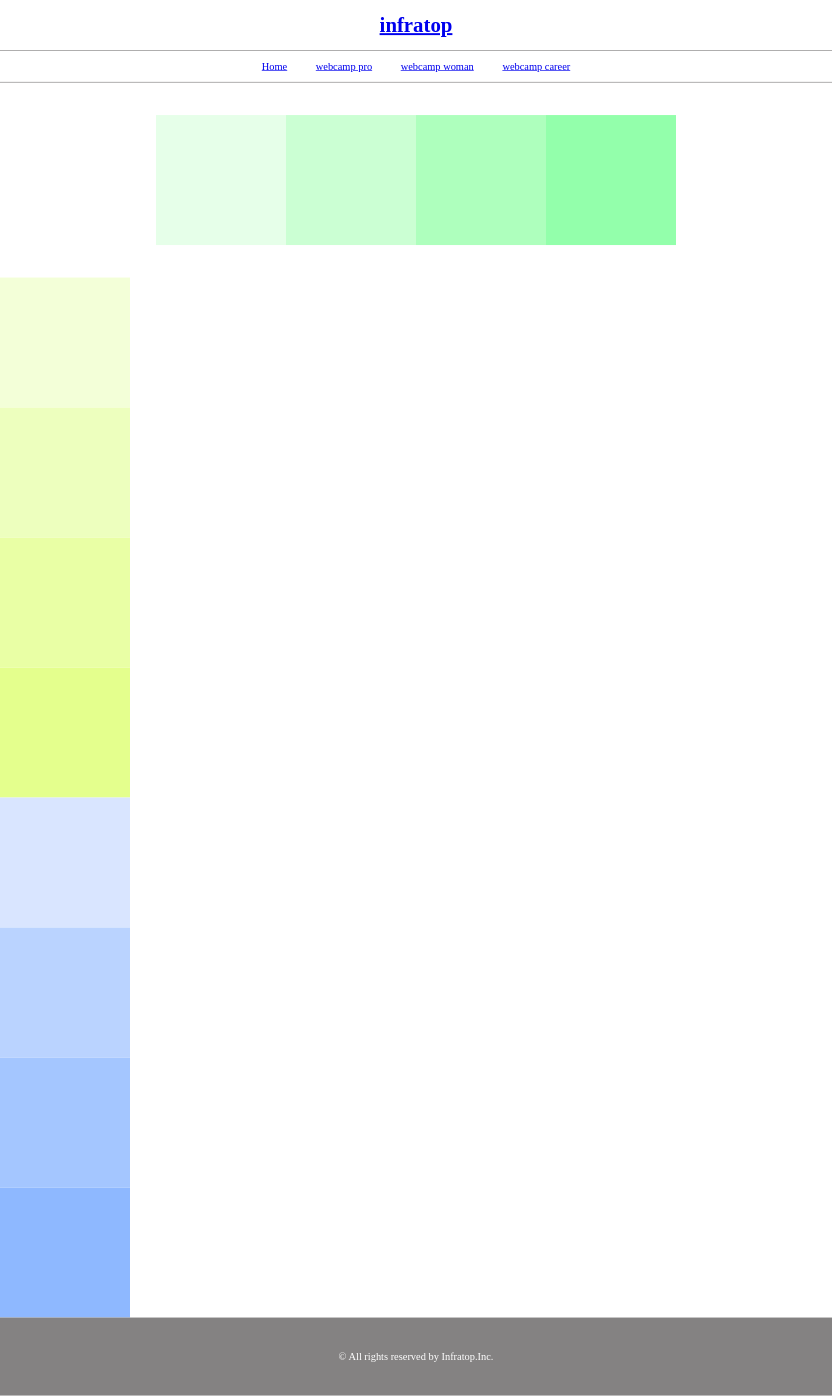
Repository: yuu3176/theme1
Page: 1-5/1-5.html
The author's editor kept a record of every edit. The page is drawn from the files as they stood at one moment, then again after the next edit.
The browser window is 1280 px wide. The pictures show the whole page, at 65% of full size.

Above is the page before.

After the next edit:
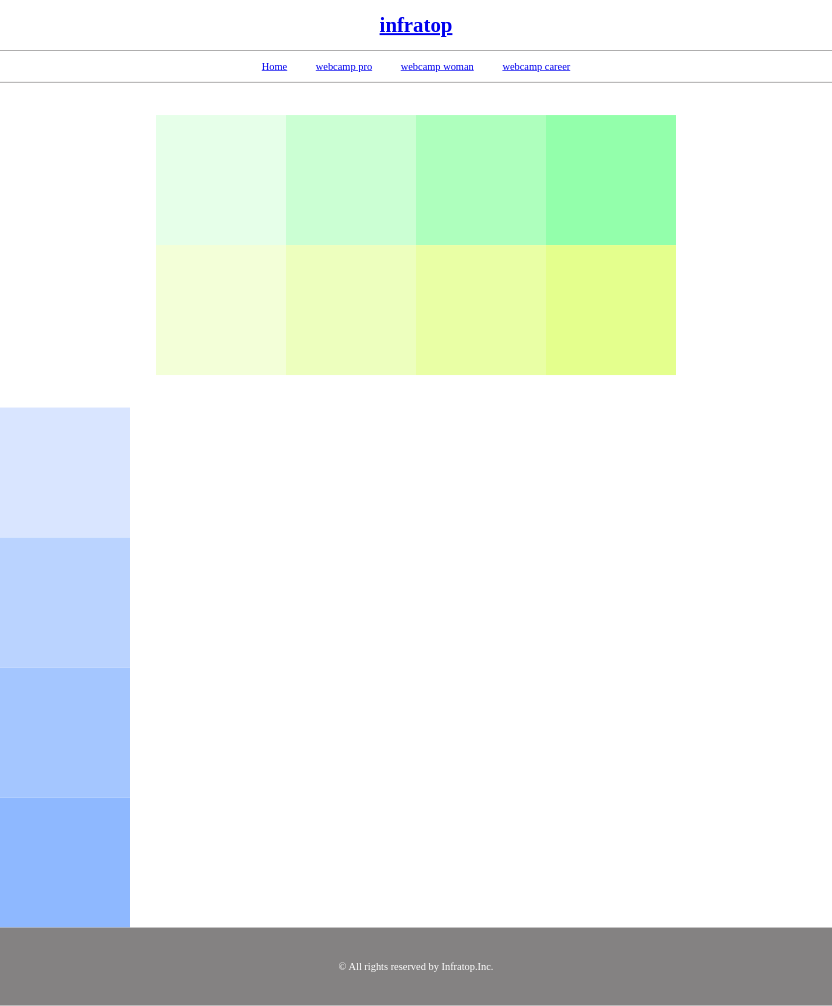
The edit:
--- a/1-5/1-5.html
+++ b/1-5/1-5.html
@@ -33,8 +33,6 @@
       <div class="color-green2"></div>
       <div class="color-green3"></div>
       <div class="color-green4"></div>
-    </div>
-    <div class="main2">
       <div class="color-yellow1"></div>
       <div class="color-yellow2"></div>
       <div class="color-yellow3"></div>
